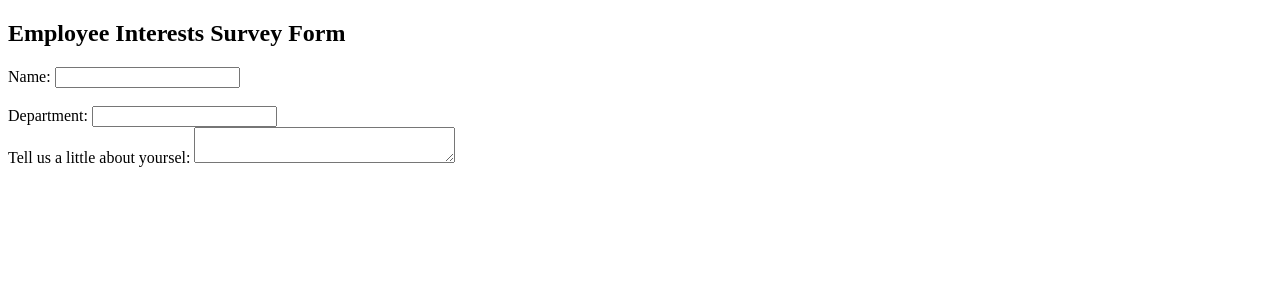
Repository: JoaoLemesDEV/Exercise-Survey-Form
Page: index.html
An editor plug-in stored every save of this project. The page is shown before and after the next save, followed by the edit.
The browser window is 1280 px wide. The pictures show the whole page.

Above is the page before, as saved 2021-10-10 18:22:01.

After the next save:
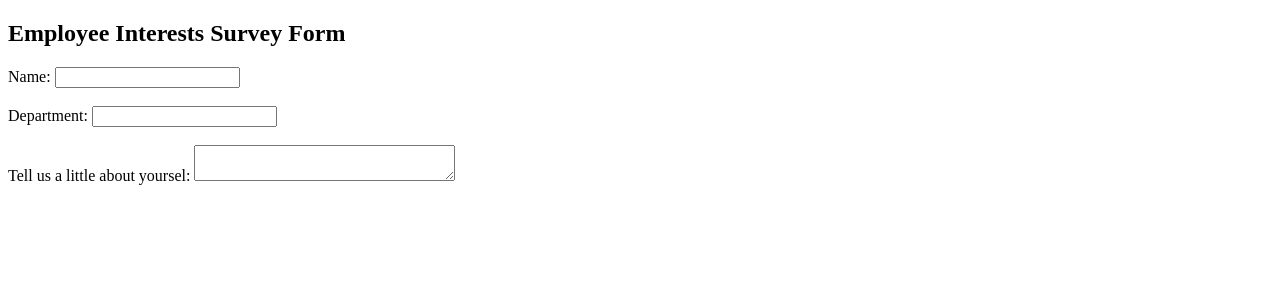
Saved 8 s later.
--- a/index.html
+++ b/index.html
@@ -11,7 +11,7 @@
   <label for="name">Name: </label>
   <input type="text" name="name" id=""><br><br>
   <label for="dep">Department:</label>
-  <input type="text" name="dep" id=""><br>
+  <input type="text" name="dep" id=""><br><br>
   <label for="comment">Tell us a little about yoursel:</label>
   <textarea name="comment" id="comment" cols="30" rows="2"></textarea>
 
